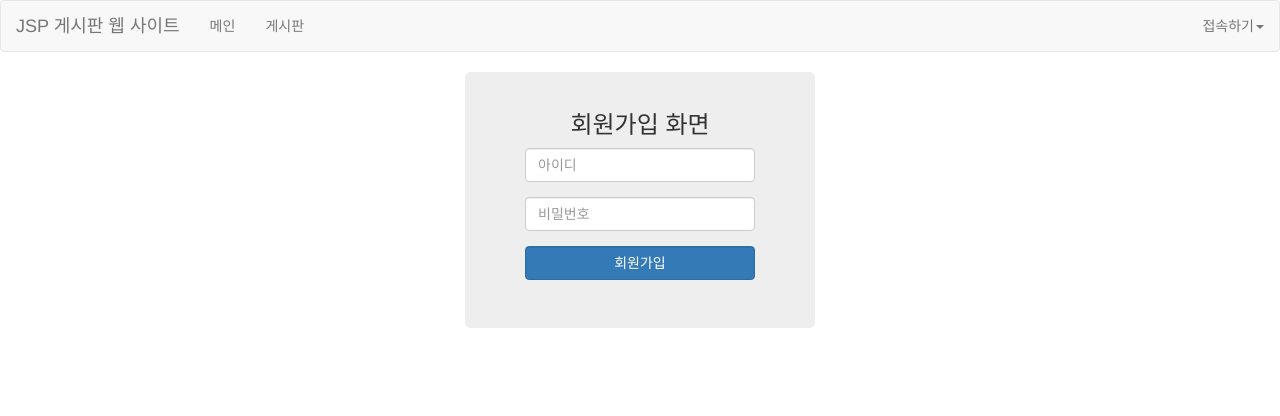
Repository: kimdy108/jsp-bbs
Page: http://localhost/BBS/join.jsp
These files come from the project's save history. The page is drawn as it stood at one moment and after the next save; the edit follows.
The browser window is 1280 px wide. The pictures show the whole page.
Some web libraries are served in a nearby version. The page is served by Tomcat 9.

Above is the page before, as saved 2025-05-24 13:21:18.

After the next save:
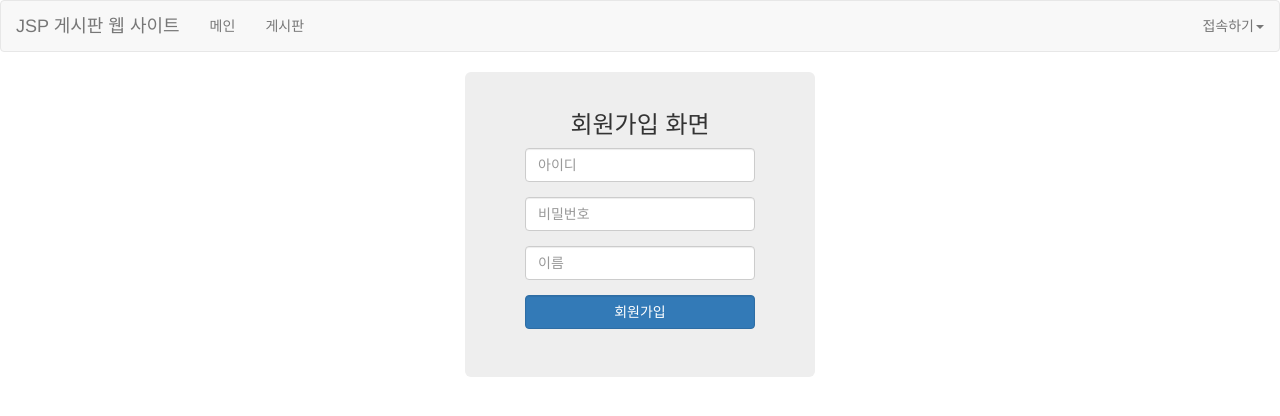
Saved 2 min 30 s later.
--- a/BBS/src/main/webapp/join.jsp
+++ b/BBS/src/main/webapp/join.jsp
@@ -45,12 +45,13 @@
 				<form method="post" action="loginAction.jsp">
 					<h3 style="text-align: center;">회원가입 화면</h3>
 					<div class="form-group">
-						<input type="text" class="form-control" placeholder="아이디"
-							name="userID" maxlength="20">
+						<input type="text" class="form-control" placeholder="아이디" name="userID" maxlength="20">
 					</div>
 					<div class="form-group">
-						<input type="password" class="form-control" placeholder="비밀번호"
-							name="userPassword" maxlength="20">
+						<input type="password" class="form-control" placeholder="비밀번호" name="userPassword" maxlength="20">
+					</div>
+					<div class="form-group">
+						<input type="text" class="form-control" placeholder="이름" name="userName" maxlength="20">
 					</div>
 					<input type="submit" class="btn btn-primary form-control" value="회원가입">
 				</form>
